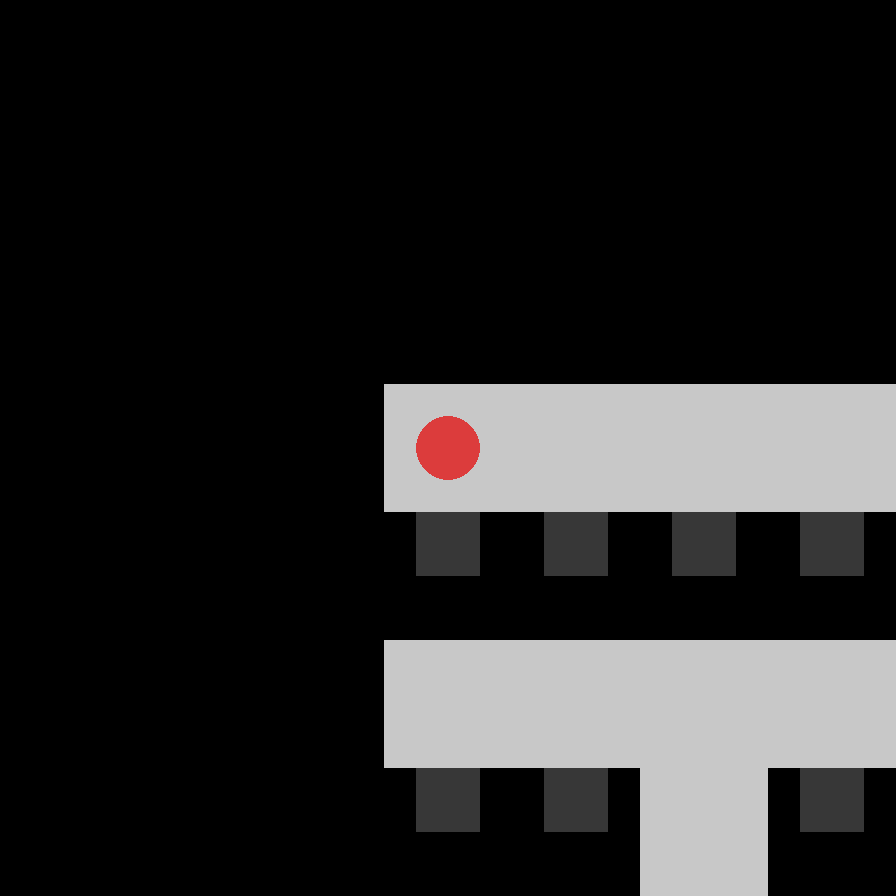
Repository: Nakib-Arman/Game-Jam-2026
Script's output: python main.py
The author's editor kept a copy of each file at every save. The script's output is drawn from the files as they stood at one save, then again after the next save.
The window is shown after at most 60 frames with no key pressed. Random numbers start from a fixed seed.

Above is the script's output before, as saved 2026-01-24 20:34:56.

### main.py
import pygame
from cave import generate_maze

# ======================
# CONFIGURATION
# ======================

# World size (maze)
WORLD_ROWS = 41
WORLD_COLS = 41

# Viewport (how much is rendered)
VIEW_ROWS = 7
VIEW_COLS = 7

# Cell sizes
BASE_CELL_SIZE = 128          # overall scale
PATH_SCALE = 1            # 0 cells
WALL_SCALE = 0.5             # 1 cells (smaller)

# Movement
MOVE_DELAY = 80              # milliseconds (higher = slower)

# FPS
FPS = 60

# Colors
BLACK = (0, 0, 0)
LIGHT_GRAY = (200,200,200)
DARK_GRAY = (55, 55, 55)
GREEN = (0, 200, 0)
RED = (220, 60, 60)

# ======================
# INITIALIZE PYGAME
# ======================

pygame.init()
SCREEN_WIDTH = VIEW_COLS * BASE_CELL_SIZE
SCREEN_HEIGHT = VIEW_ROWS * BASE_CELL_SIZE

screen = pygame.display.set_mode((SCREEN_WIDTH, SCREEN_HEIGHT))
pygame.display.set_caption("Cave Explorer")
clock = pygame.time.Clock()

# ======================
# GAME STATE
# ======================

maze = generate_maze(WORLD_ROWS, WORLD_COLS)

player_x, player_y = 0, 0
player_radius = BASE_CELL_SIZE // 4

last_move_time = 0  # for movement cooldown

# ======================
# HELPERS
# ======================

def can_move(x, y):
    return (
        0 <= x < WORLD_COLS and
        0 <= y < WORLD_ROWS and
        maze[y][x] != 1
    )

def get_camera_offset():
    cam_x = player_x - VIEW_COLS // 2
    cam_y = player_y - VIEW_ROWS // 2
    return cam_x, cam_y

# ======================
# RENDERING
# ======================

def draw_world():
    cam_x, cam_y = get_camera_offset()

    for row in range(VIEW_ROWS):
        for col in range(VIEW_COLS):
            world_x = cam_x + col
            world_y = cam_y + row

            screen_x = col * BASE_CELL_SIZE
            screen_y = row * BASE_CELL_SIZE

            if not (0 <= world_x < WORLD_COLS and 0 <= world_y < WORLD_ROWS):
                continue

            cell = maze[world_y][world_x]

            if cell == 1:
                size = int(BASE_CELL_SIZE * WALL_SCALE)
                offset = (BASE_CELL_SIZE - size) // 2
                rect = pygame.Rect(
                    screen_x + offset,
                    screen_y,
                    size,
                    size
                )
                pygame.draw.rect(screen, DARK_GRAY, rect)

            else:
                size = int(BASE_CELL_SIZE * PATH_SCALE)
                rect = pygame.Rect(
                    screen_x,
                    screen_y,
                    size,
                    size
                )
                pygame.draw.rect(screen, LIGHT_GRAY, rect)

            if cell == 2:
                pygame.draw.circle(
                    screen,
                    GREEN,
                    (screen_x + BASE_CELL_SIZE // 2,
                     screen_y + BASE_CELL_SIZE // 2),
                    BASE_CELL_SIZE // 6
                )

    # Player (always centered)
    pygame.draw.circle(
        screen,
        RED,
        (SCREEN_WIDTH // 2, SCREEN_HEIGHT // 2),
        player_radius
    )

# ======================
# MAIN LOOP
# ======================

running = True
while running:
    clock.tick(FPS)
    current_time = pygame.time.get_ticks()

    for event in pygame.event.get():
        if event.type == pygame.QUIT:
            running = False

    # ------------------
    # MOVEMENT (SLOWED)
    # ------------------
    if current_time - last_move_time >= MOVE_DELAY:
        keys = pygame.key.get_pressed()
        dx, dy = 0, 0

        if keys[pygame.K_LEFT]:
            dx = -1
        elif keys[pygame.K_RIGHT]:
            dx = 1
        elif keys[pygame.K_UP]:
            dy = -1
        elif keys[pygame.K_DOWN]:
            dy = 1

        new_x = player_x + dx
        new_y = player_y + dy

        if can_move(new_x, new_y):
            player_x, player_y = new_x, new_y
            last_move_time = current_time

    # ------------------
    # DRAW
    # ------------------
    screen.fill(BLACK)
    draw_world()
    pygame.display.flip()

pygame.quit()

### cave.py
import random
from collections import deque

def generate_maze(rows,cols):

    maze = [[1 for _ in range(cols)] for _ in range(rows)]

    def carve(x, y):
        maze[y][x] = 0
        directions = [(0, -1), (1, 0), (0, 1), (-1, 0)]
        random.shuffle(directions)
        for dx, dy in directions:
            nx, ny = x + dx*2, y + dy*2
            if 0 <= nx < cols and 0 <= ny < rows and maze[ny][nx] == 1:
                maze[y + dy][x + dx] = 0
                carve(nx, ny)

    carve(0, 0)

    def find_farthest_cell(start_x, start_y):
        queue = deque()
        queue.append((start_x, start_y))
        distances = [[-1 for _ in range(cols)] for _ in range(rows)]
        distances[start_y][start_x] = 0

        farthest = (start_x, start_y)

        while queue:
            x, y = queue.popleft()
            for dx, dy in [(0, -1), (1, 0), (0, 1), (-1, 0)]:
                nx, ny = x + dx, y + dy
                if (
                    0 <= nx < cols and
                    0 <= ny < rows and
                    maze[ny][nx] == 0 and
                    distances[ny][nx] == -1
                ):
                    distances[ny][nx] = distances[y][x] + 1
                    queue.append((nx, ny))
                    farthest = (nx, ny)

        return farthest

    end_x, end_y = find_farthest_cell(0, 0)
    maze[end_y][end_x] = 2

    return maze

After the next save:
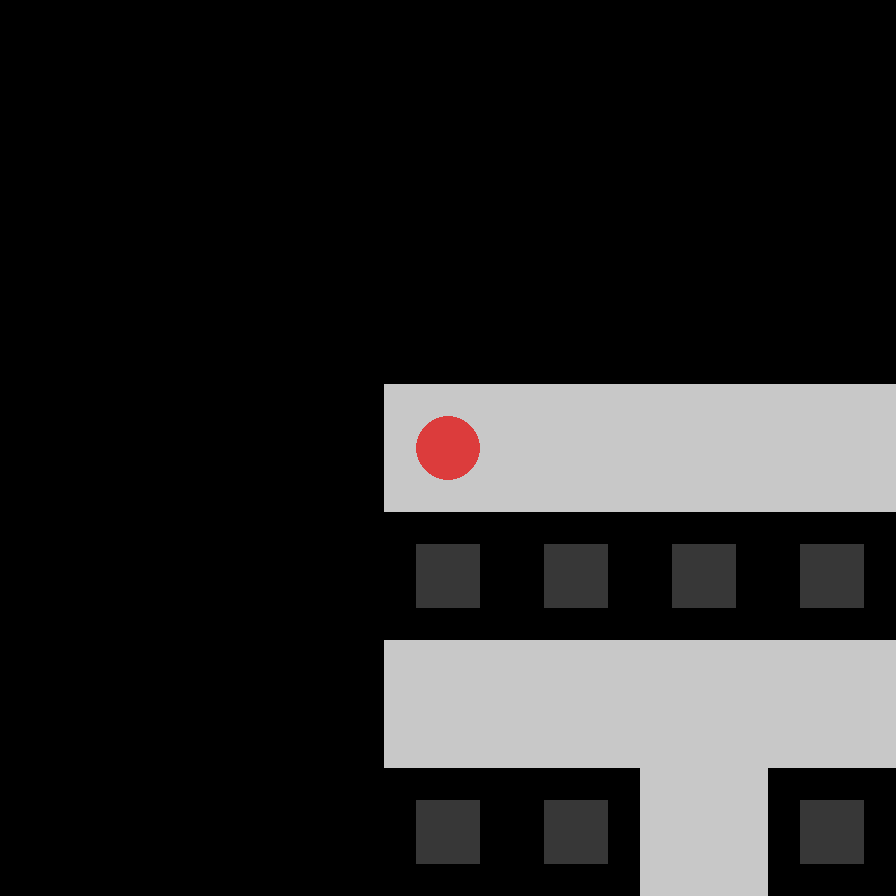
Saved 6 s later.
--- a/main.py
+++ b/main.py
@@ -95,7 +95,7 @@
                 offset = (BASE_CELL_SIZE - size) // 2
                 rect = pygame.Rect(
                     screen_x + offset,
-                    screen_y,
+                    screen_y + offset,
                     size,
                     size
                 )
